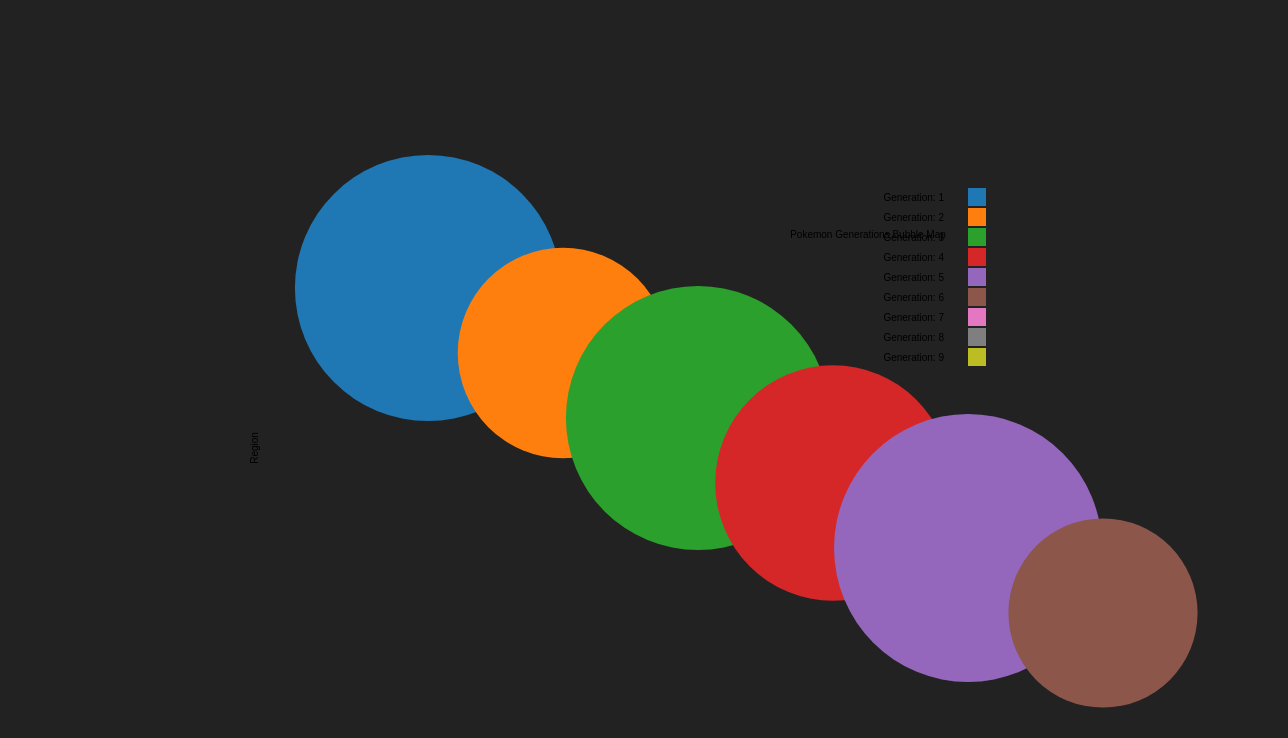
Repository: Cartterr/Proyecto-VisInfo
Page: Propuesta2_Atributos_Burbujas.html
These files come from the project's save history. The page is drawn as it stood at one moment and after the next save; the edit follows.
The browser window is 1280 px wide. The page is 1288 px wide, so the pictures cover 1288 px, including what lies to the right of the window. The pictures show the whole page.

Above is the page before, as saved 2023-06-21 03:55:24.

After the next save:
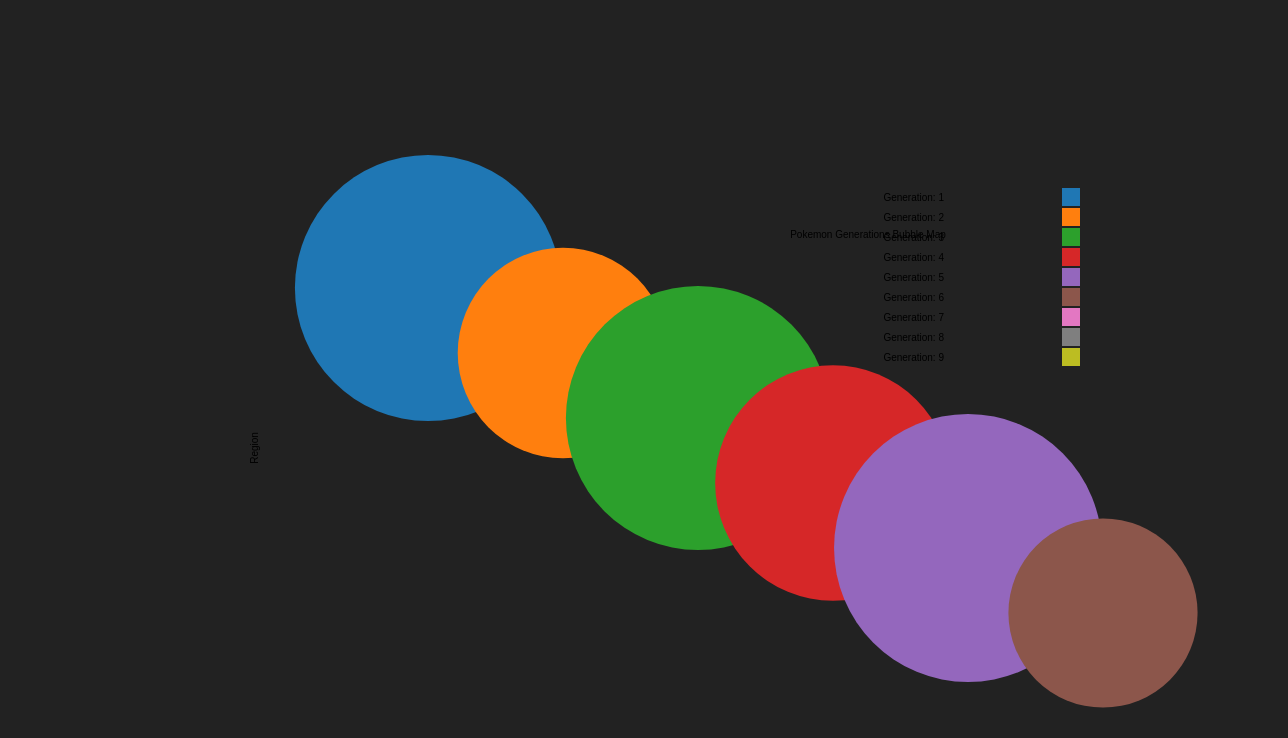
Saved 61 s later.
--- a/Propuesta2_Atributos_Burbujas.js
+++ b/Propuesta2_Atributos_Burbujas.js
@@ -81,7 +81,7 @@ Promise.all([
         .attr("transform", (d, i) => "translate(0," + i * 20 + ")");
 
     legend.append("rect")
-        .attr("x", window.innerWidth / 2)
+        .attr("x", (window.innerWidth / 2) + 94)
         .attr("width", 18)
         .attr("height", 18)
         .style("fill", d => color(d.Generation));
